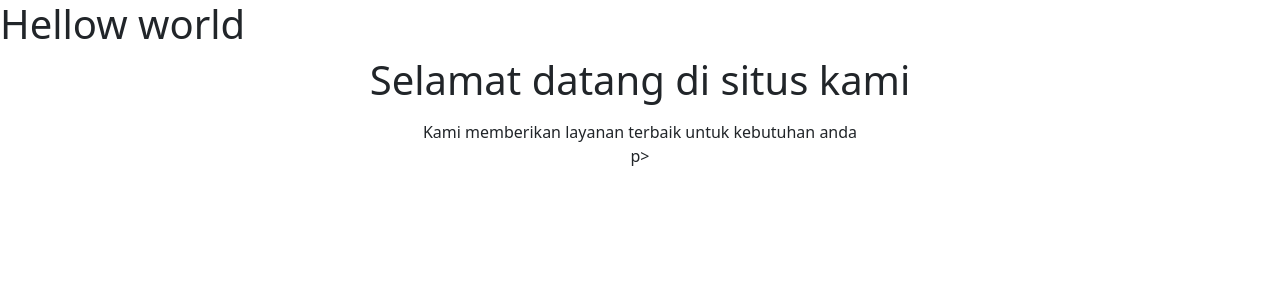
Repository: aryowisang/mbg
Page: latihan-24.html
An editor plug-in stored every save of this project. The page is shown before and after a run of saves, followed by the edit.
The browser window is 1280 px wide. The pictures show the whole page.

Above is the page before, as saved 2026-04-30 13:58:14.

### latihan-24.html
<!DOCTYPE html>
<html lang="en">
<head>
    <meta charset="UTF-8">
    <meta name="viewport" content="width=device-width, initial-scale=1.0">
    <title>Document</title>
    <link rel="stylesheet" href="dist/css/bootstrap.min.css">
</head>
<body>
    <h1>Hellow world</h1>

    <section id="hero" class="hero text-center">
        <div class="container fade-line-up">
            <h1>Selamat datang di situs kami</h1>
            <p class="lead"></p>Kami memberikan layanan terbaik untuk kebutuhan anda</div>p>
    </section>
</body>
</html>

Loaded but not shown: dist/css/bootstrap.min.css (library)

After the next 3 saves:
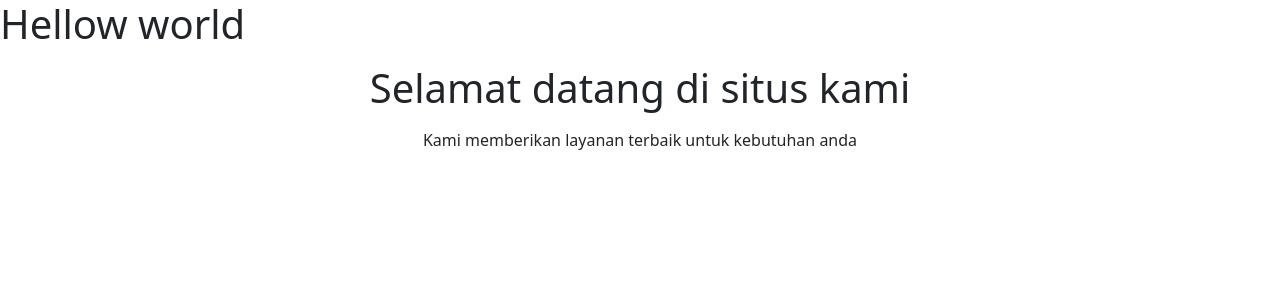
The 3 saves are shown as one change because they came seconds apart.
The last was saved 8 s later.
--- a/latihan-24.html
+++ b/latihan-24.html
@@ -10,9 +10,9 @@
     <h1>Hellow world</h1>
 
     <section id="hero" class="hero text-center">
-        <div class="container fade-line-up">
+        <p class="container fade-line-up">
             <h1>Selamat datang di situs kami</h1>
-            <p class="lead"></p>Kami memberikan layanan terbaik untuk kebutuhan anda</div>p>
+            <p class="lead"></p>Kami memberikan layanan terbaik untuk kebutuhan anda</p>
     </section>
 </body>
 </html>
